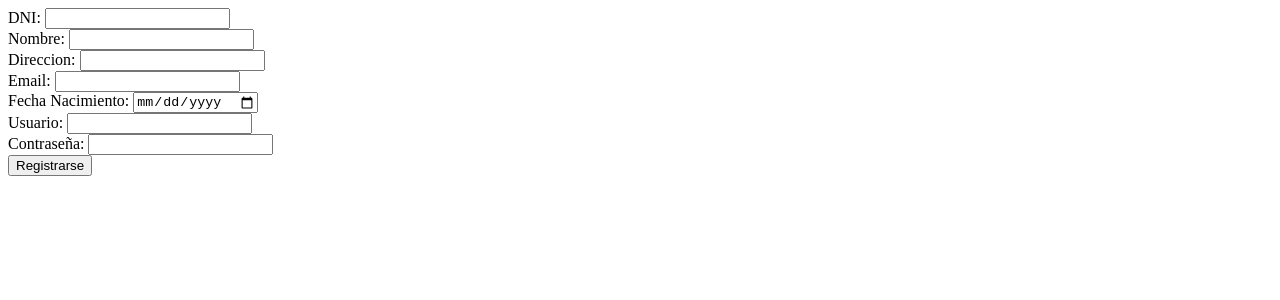
Repository: ProSoft-PDSI/sdsddo
Page: http://localhost/sdsr/Registro.jsp
These files come from the project's save history. The page is drawn as it stood at one moment and after the next save; the edit follows.
The browser window is 1280 px wide. The pictures show the whole page.
The page is served by Tomcat 9. Other server files are loaded and not shown.

Above is the page before, as saved 2014-07-16 20:03:22.

### Web/sdsr/WebContent/Registro.jsp
<%@ page language="java" contentType="text/html; charset=ISO-8859-1"
    pageEncoding="ISO-8859-1"%>
<%@ taglib prefix="c" uri="http://java.sun.com/jsp/jstl/core" %>

<!DOCTYPE html>
<html>
<head>
<meta charset="UTF-8" />
<title>Registro</title>
</head>
<body>
	<form method="post" action="/Registro">
		<label>DNI:</label>
		<input type="text" name="dni" />
		<br />
		<label>Nombre: </label>
		<input type="text" name="nombre" />
		<br />
		<label>Direccion: </label>
		<input type="text" name="nombre" />
		<br />
		<label>Email: </label>
		<input type="email" name="correo" />
		<br />
		<label>Fecha Nacimiento: </label>
		<input type="date" name="fecnac" />
		<br />
		<label>Usuario: </label>
		<input type="text" name="usuario">
		<br />
		<label>Contraseña: </label>
		<input type="text" name="contrasenia">
		<br />
		<input type="submit" value="Registrarse">
	</form>
</body>
</html>

After the next save:
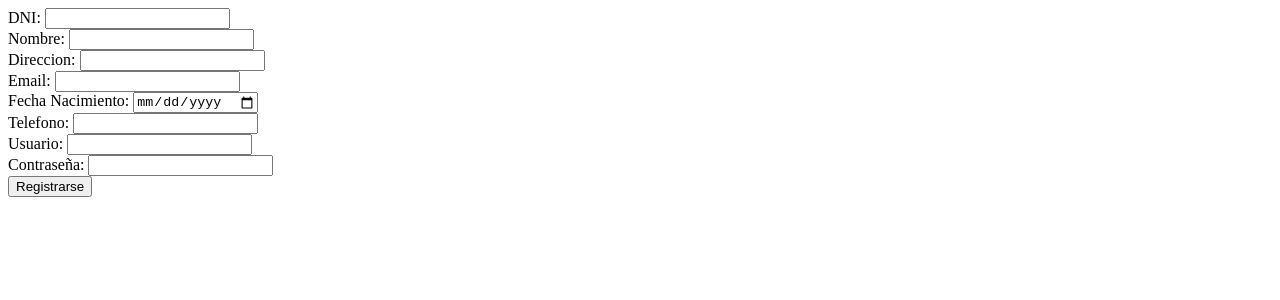
Saved 18 min 28 s later.
--- a/Web/sdsr/WebContent/Registro.jsp
+++ b/Web/sdsr/WebContent/Registro.jsp
@@ -25,6 +25,9 @@
 		<label>Fecha Nacimiento: </label>
 		<input type="date" name="fecnac" />
 		<br />
+		<label>Telefono: </label>
+		<input type="text" name="telefono" />
+		<br />
 		<label>Usuario: </label>
 		<input type="text" name="usuario">
 		<br />
